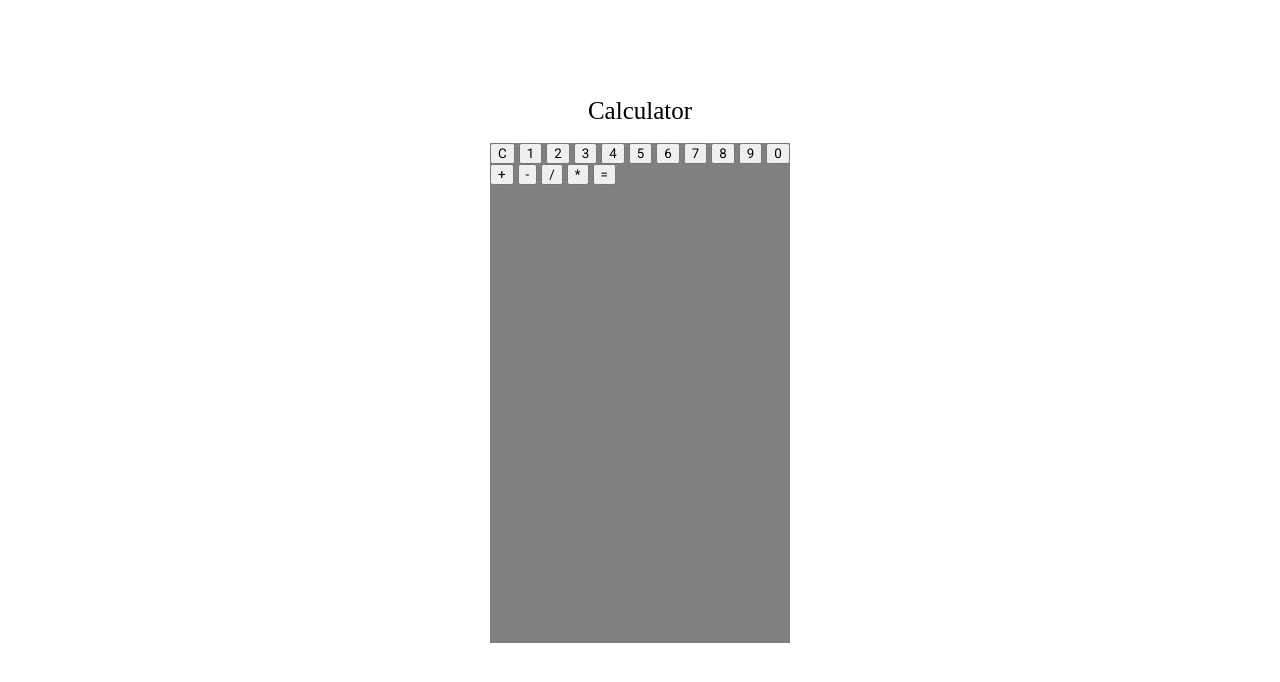
Repository: Gibon9/SimpleCalc
Page: index.html
An editor plug-in stored every save of this project. The page is shown before and after the next save, followed by the edit.
The browser window is 1280 px wide. The pictures show the whole page.
Some web fonts or font styles are not loaded; a fallback is used.

Above is the page before, as saved 2020-11-25 20:54:07.

### index.html
<!DOCTYPE html>
<html lang="en">
  <head>
    <meta charset="UTF-8" />
    <meta name="viewport" content="width=device-width, initial-scale=1.0" />
    <link rel="stylesheet" href="style/reset.css" />
    <link rel="stylesheet" href="style/style.css" />
    <title>Calculator</title>
  </head>

  <body>
    <main class="main">
      <h1 class="title">Calculator</h1>
      <section class="clac">
        <div class="calc-display" id="display"></div>
        <button class="calc-button" id="clear">C</button>
        <button class="calc-button" id="btn1">1</button>
        <button class="calc-button" id="btn2">2</button>
        <button class="calc-button" id="btn3">3</button>
        <button class="calc-button" id="btn4">4</button>
        <button class="calc-button" id="btn5">5</button>
        <button class="calc-button" id="btn6">6</button>
        <button class="calc-button" id="btn7">7</button>
        <button class="calc-button" id="btn8">8</button>
        <button class="calc-button" id="btn9">9</button>
        <button class="calc-button" id="btn0">0</button>
        <button class="calc-button" id="plus">+</button>
        <button class="calc-button" id="minus">-</button>
        <button class="calc-button" id="divide">/</button>
        <button class="calc-button" id="multiply">*</button>
        <button class="calc-button" id="equal">=</button>
      </section>
    </main>
    <script src="./index.js"></script>
  </body>
</html>

### style/style.css
@import url("https://fonts.googleapis.com/css2?family=Roboto&family=Saira+Stencil+One&display=swap");

:root {
  --background-color: grey;
  --display-color: black;
  --primary-color: #05e93a;
  --secondary-color: #feec00;
}

.calc-display,
.title {
  font-family: "Saira Stencil One", cursive;
}

.calc-button {
  font-family: "Roboto", sans-serif;
}

.main {
  display: flex;
  flex-direction: column;
  justify-content: center;
  align-items: center;
  width: 100vw;
  height: 100vh;
}

.title {
  font-size: 25px;
  margin: 20px 0;
}

.clac {
  width: 300px;
  height: 500px;
  background-color: var(--background-color);
}

Loaded but not shown: style/reset.css (common file); index.js (no copy from this time; the picture is the same without it)

After the next save:
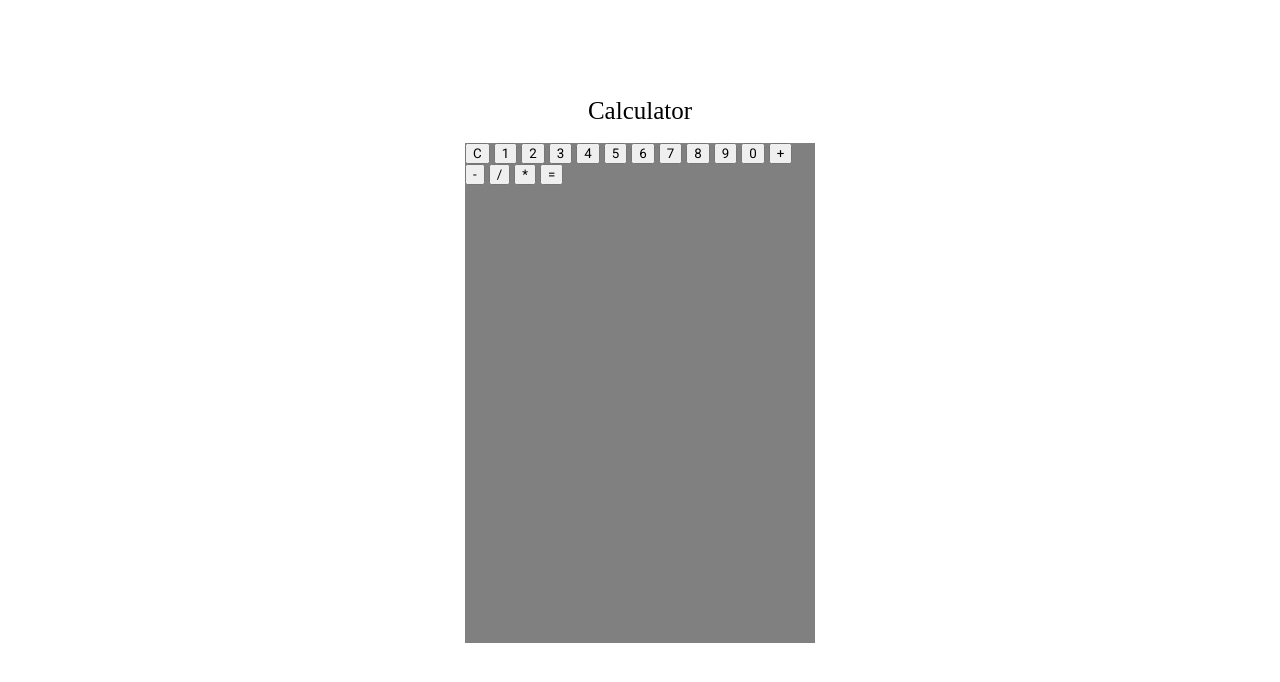
Saved 21 s later.
--- a/style/style.css
+++ b/style/style.css
@@ -31,7 +31,7 @@
 }
 
 .clac {
-  width: 300px;
+  width: 350px;
   height: 500px;
   background-color: var(--background-color);
 }
